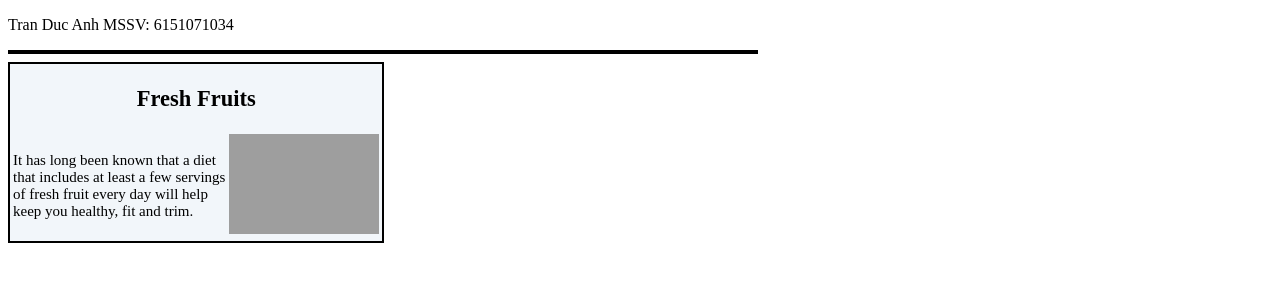
Repository: Helianthusss/Learn-CPP
Page: HTML/lap2/bai2.html
These files come from the project's save history. The page is drawn as it stood at one moment and after the next save; the edit follows.
The browser window is 1280 px wide. The pictures show the whole page.
Pictures or frames that could not be fetched are drawn as grey boxes.

Above is the page before, as saved 2021-09-22 10:47:42.

After the next save:
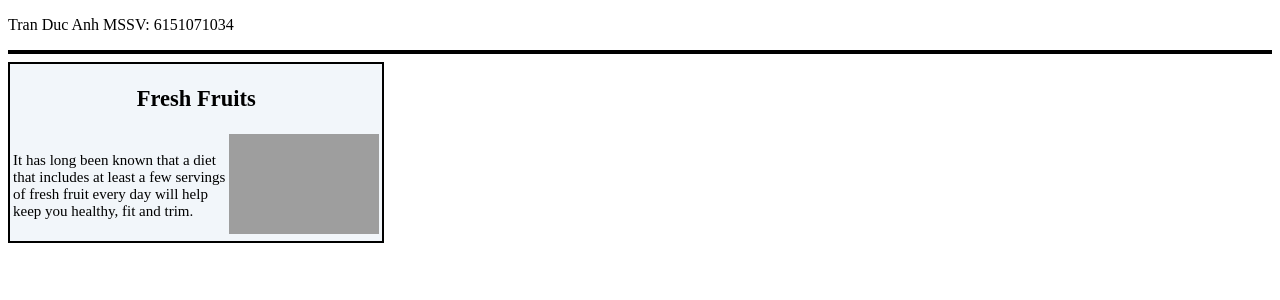
Saved 66 s later.
--- a/HTML/lap2/bai2.html
+++ b/HTML/lap2/bai2.html
@@ -23,7 +23,7 @@
     <style>
       hr {
         height: 100%;
-        width: 50;
+        width: 59;
       }
     </style>
   </head>
@@ -33,7 +33,7 @@
       <tr>
         <th colspan="2"><h2>Fresh Fruits</h2></th>
       </tr>
-      <hr class="hr" width="59%" align="left" />
+      <hr class="hr" align="left" />
       <tr>
         <td>
           It has long been known that a diet<br />

After the save that followed:
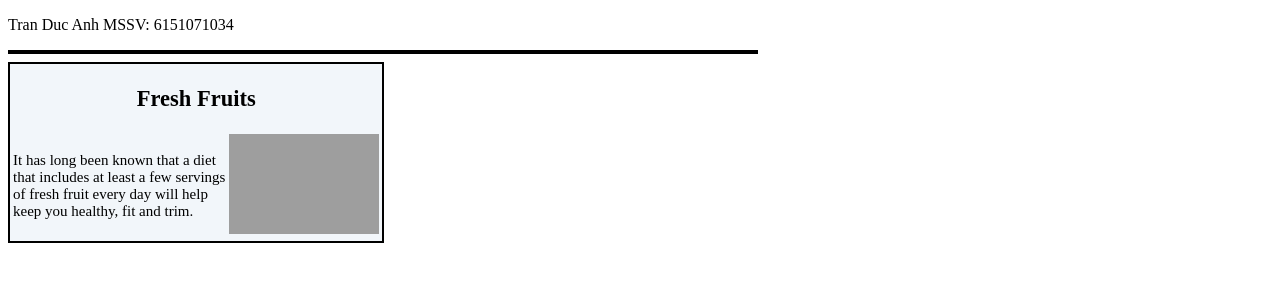
Saved 2 min 10 s later.
--- a/HTML/lap2/bai2.html
+++ b/HTML/lap2/bai2.html
@@ -29,11 +29,11 @@
   </head>
   <body>
     <p>Tran Duc Anh MSSV: 6151071034</p>
-    <table>
+    <table boder="1">
       <tr>
         <th colspan="2"><h2>Fresh Fruits</h2></th>
       </tr>
-      <hr class="hr" align="left" />
+      <hr class="hr" width="59%" align="left" />
       <tr>
         <td>
           It has long been known that a diet<br />
